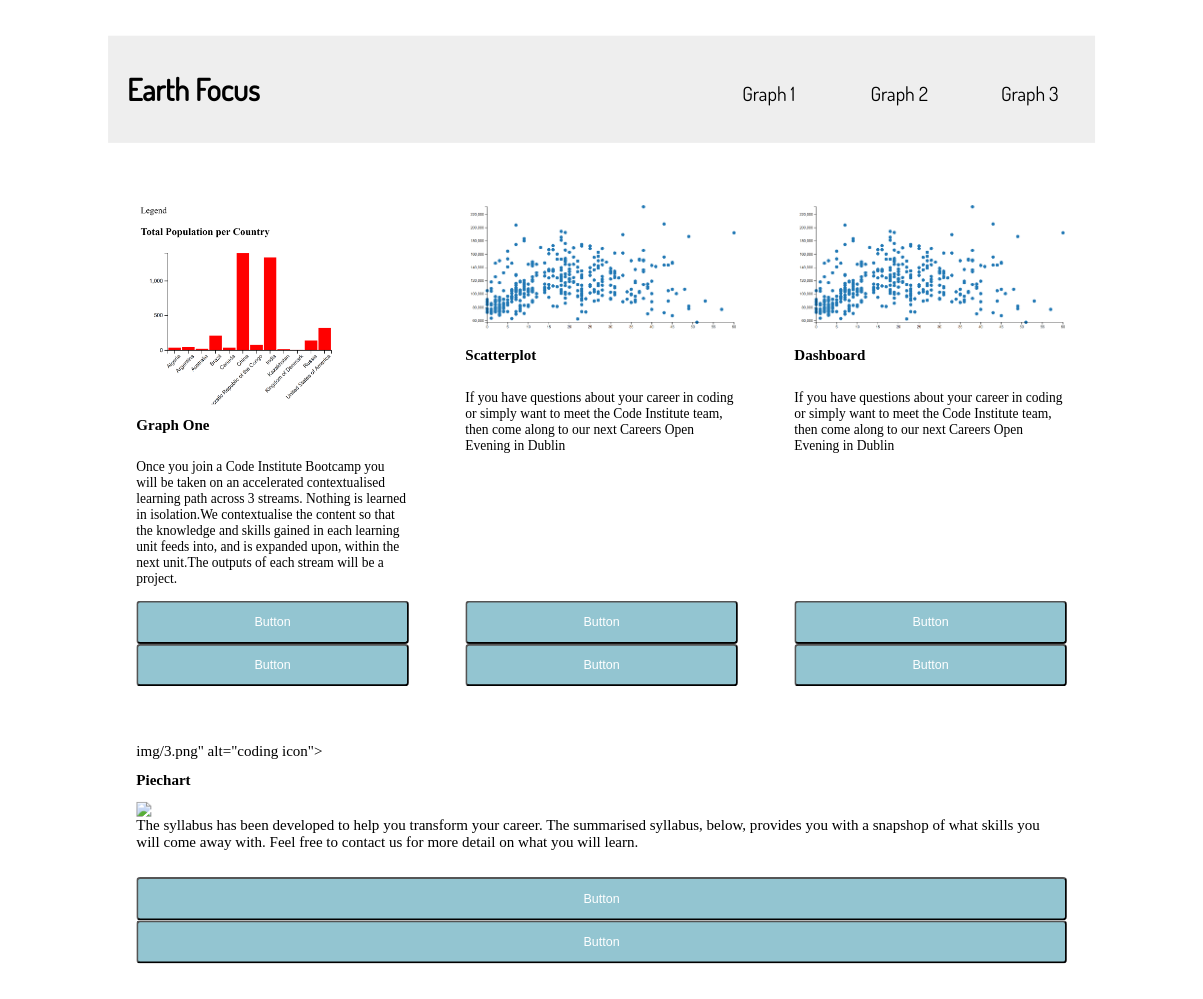
Repository: Code-Institute-Submissions/SOliv1-milestone2_NovResub
Page: index.html
The author's editor kept a record of every edit. The page is drawn from the files as they stood at one moment, then again after the next edit.
The browser window is 1280 px wide. The pictures show the whole page, at 94% of full size.
Some web libraries are served in a nearby version.

Above is the page before.

### index.html
<!DOCTYPE html>
<html lang="en">
<head>
    <meta charset="UTF-8">
    <meta http-equiv="X-UA-Compatible" content="ie=edge">
    <meta name="viewport" content="width=device-width, initial-scale=1">
    <title>Earth Focus</title>
    <link href="css/style.css" rel="stylesheet">
    <link href='https://fonts.googleapis.com/css?family=Roboto' rel='stylesheet' type='text/css'>
    <link href='https://fonts.googleapis.com/css?family=Dosis' rel='stylesheet' type='text/css'>
    </head>
<body>
    <div id="container">
        <nav>
            <ul>
                <li id="logoNav">Earth Focus</>
                <li id="graph11_btn">Graph 1</li>
                <li id="graph2_btn"> Graph 2</li>
                <li id="graph3_btn">Graph 3</li>
            </ul>
        </nav>
        <div class="card graph1">
            <img class="card_image" src="img/1.png" alt="coding icon">
            <div class="card_bottom">
                <h2 class="card_head">Graph One</h2>
                <p class="card_para">Once you join a Code Institute Bootcamp you will be taken on an accelerated contextualised learning path across 3 streams. Nothing is learned in isolation.We contextualise the content so that the knowledge and skills gained in each learning
                    unit feeds into, and is expanded upon, within the next unit.The outputs of each stream will be a project. </p>
                <button class="bottom_button">Button</>
                <button class="bottom_button" id="button_effects1">Button</button>
            </div>
        </div>
        <div class="card graph3_btn">
            <img class="card_image" src="img/2.png" alt="coding icon">
            <h2 class="card_head">Scatterplot</h2>
            <p class="card_para">If you have questions about your career in coding or simply want to meet the Code Institute team, then come along to our next Careers Open Evening in Dublin</p>
            <button class="bottom_button">Button</>
            <button id="button_effects2" class="bottom_button">Button</button>
            </div>
        <div class="card graph2">
            <img class="card_image" src="img/2.png" alt="coding icon">
            <h2 class="card_head">Dashboard</h2>
            <p class="card_para">If you have questions about your career in coding or simply want to meet the Code Institute team, then come along to our next Careers Open Evening in Dublin</p>
            <button class="bottom_button">Button</>
            <button id="button_effects3" class="bottom_button">Button</button>
        </div>
        <div class="card graph3">img/3.png" alt="coding icon">
            <h2 class="card_head">Piechart</h2>
            <img class="card_image" src="i
            <p class="card_para">The syllabus has been developed to help you transform your career. The summarised syllabus, below, provides you with a snapshop of what skills you will come away with. Feel free to contact us for more detail on what you will learn.</p>
            <button class="bottom_button">Button</>
             <button id="button_effects4" class="bottom_button">Button</button>
        </div>
    <script src="https://code.jquery.com/jquery-3.2.1.js" integrity="sha256-DZAnKJ/6XZ9si04Hgrsxu/8s717jcIzLy3oi35EouyE=" crossorigin="anonymous"></script>
    <script src="script.js"></script>
    <!-- Scripts located at the bottom of the body to insure page is fully loaded before execution -->
</body>
</html>

### css/style.css
Skip to content
Search or jump to…

Pull requests
Issues
Marketplace
Explore

@SOliv1
Code Issues 0 Pull requests 0 Projects 0 Wiki Security Pulse Community
jquery-events/style.css
 Ubuntu initial commit
871e21d on Aug 28
193 lines (133 sloc)  2.25 KB

body {
	font-family: 'Roboto', sans-serif;
	/*background-image: url(img/code-institute.jpg);
 	background-size: cover;
 	color: #ffffff;*/
 	background-color: #eee;

}

h1{
	font-size: 3em;
	text-align: center;
}

h2 {
	font-size: 1em;
	text-align: left;

}



p {
	font-size: .9rem;
}



div {
	border-radius: 4px;
}

.card_image {
	width: 100%;

}

.bottom_button {
	display: flex;
	box-sizing:border-box;
	border-radius: 4px;
	display: block;
	width: 100%;
	background-color:rgba(129, 187, 201,.85);
	text-align: center;
	padding: 1em .75em;
	text-decoration: none;
	color: #fff;

}

.card_bottom {
	display: flex;
	flex-flow:column;
}

.card_head {
	flex:0;
}



.card_para {

	flex:1 0 auto;

}

#container {
	display: flex;		/* makes container a flexbox*/
	flex-flow: row wrap; 	/* layout the boxes in rows and wrap them*/
	box-sizing:border-box;
	margin-right:auto;
	margin-left:auto;
	max-width:1050px;
}

#logo {
	width: 800px;
	margin: auto;
}



.card {

	flex:1; /* */

	display: flex;	/* make the contents controllable by flexbox*/
	flex-flow:column;	/* */
	min-width: 240px; /**/
	margin: 10px;
	padding: 20px;
	background-color: #fff;
}

.highlight_stream {
	background-color: #EB5255;
}

#my_footer {
	width:100%;
	text-align: center;
}



#copyright {
	margin-top:10px;
	margin-bottom:10px;

}

/*************************
Navigation
**************************/

nav {

	font-family: roboto;
	background-color: #eee;
	margin: 30px auto;
	width: 100%;
}

ul {

	display: flex;

	justify-content:space-between;

	flex-flow: row;

	/*flex-flow: row-reverse;*/
	/*justify-content:flex-end;*/
	/*justify-content:space-around;*/
	/*align-items:flex-start;*/
	align-items:baseline;
	border-radius: 10px;
	list-style-type: none; /*Remove Bullets*/
	padding: 0;

}

li {
	flex:1;
	height: 30px;
	/*width:10%;*/
	/*border:2px solid #000;*/
	/*background-color: #81BBC9;*/
	/*border-radius: 10px;*/
	font-family: Dosis;
	padding:20px 20px 20px 20px;
	text-align: center;
	font-size: 1.3em;
}

#logoNav {
	flex:6;
	text-align: left;
	font-size: 2em;
	font-weight: bold;
}

.underline {
    text-decoration:underline;

}



.border {

    border: solid 5px #ccc;

}

@media screen and (max-width: 700px) {
	ul {
		flex-flow: column;
		align-items:center;
    }
	li {
		font-size: 2em;
	}

}

### script.js
$(document).ready(function() {
    -$("#barchart_html").on("click", function() {
        $(".graph1").show();
        $(".graph1").show(1000);
        $("#button_effects1").click(function(){
        $('#button_effects1').hide('slow');
    });
 });

   $("#barchart2_html").on("click", function() {
        $(".graph1").removeClass('highlight_graph');
        $(".graph2").removeClass('highlight_graph');
        $(".graph3").removeClass('highlight_graph');
        $(".graph2").addClass('highlight_graph');
   });

    $("#barchart3_html").on("click", function() {
        $(".graph1").removeClass('highlight_graph');
        $(".graph2").removeClass('highlight_graph');
        $(".graph3").removeClass('highlight_graph');
        $(".graph3").addClass('highlight_graph');
    });
});

    $(document).ready(function() {
    $("#button_effects1").click(function(){
        $('#par1').toggle('1000');
    });
    $("#button_effects2").click(function(){
        $('#par2').toggle('1000');
    });
    $("#button_effects3").click(function(){
        $('#par3').toggle('1000');
    });
    $("#button_effects4").click(function(){
        $('#par4').toggle('1000');
    });
});

$(document).ready(function() {
    // Create the slideToggle effects each of the paragraphs and
    // buttons
    $("#button_effects1").click(function(){
        $('#par1').slideToggle('1000');
    });
    $("#button_effects2").click(function(){
        $('#par2').slideToggle('1000');
    });
    $("#button_effects3").click(function(){
        $('#par3').slideToggle('1000');
    });
    $("#button_effects4").click(function(){
        $('#par4').slideToggle('1000');
    });
    $("#button_effects5").click(function(){
        $('#par5').slideToggle('1000');
    });
    $("#button_effects6").click(function(){
        $('#par6').slideToggle('1000');
    });
});



// Use the fadeTo effect when the mouse hovers over a specific button
    // and fadeTo again when the mouse is no longer hovering over the button

    $("#button_effects1").mouseenter(function(){
        $('#button_effects1').fadeTo(1000, 0.5);
    });
    $("#button_effects1").mouseleave(function(){
        $('#button_effects1').fadeTo(1000, 1);
    });
    $("#button_effects2").mouseenter(function(){
        $('#button_effects2').fadeTo(1000, 0.5);
    });
    $("#button_effects2").mouseleave(function(){
        $('#button_effects2').fadeTo(1000, 1);
    });
    $("#button_effects3").mouseenter(function(){
        $('#button_effects3').fadeTo(1000, 0.5);
    });
    $("#button_effects3").mouseleave(function(){
        $('#button_effects3').fadeTo(1000, 1);
    });
    $("#button_effects4").mouseenter(function(){
        $('#button_effects4').fadeTo(1000, 0.5);
    });
    $("#button_effects4").mouseleave(function(){
        $('#button_effects4').fadeTo(1000, 1);
    });

//waits until page is loaded first

    $(document).ready(function(){
    //applies colour red to paragraphs when clicked on
    $("p").click(function(){
        $("p").addClass("highlight_text");
    });
});

//will add lightblue to h2 elements

    $("h2").hover(function(){
        $("h2").addClass( "h2_color");
    });

    /*
    this will apply larger font size to the active h2 element
    by adding the h2_font_size class but
    not the other h2 elements by removing class h2_font_size from them
    */

    $("#hr_html").hover(function(){
        $("#hr_graph").removeClass("h2_font_size");
        $("#hr_dashboard").removeClass("h2_font_size");
        $("#hr_scatterplot").removeClass("h2_font_size");
        $("#hr_piechart").removeClass("h2_font_size");
    });


    //applies colour black to body background when mouse enters over buttons


    $(".bottom_button").mouseenter(function(){
        $("body").css( "background-color", "black");
    });

    //applies colour grey to body background when mouse leaves buttons

    $(".bottom_button").mouseleave(function(){
        $("body").css( "background-color", "#eee");
    });

After the next edit:
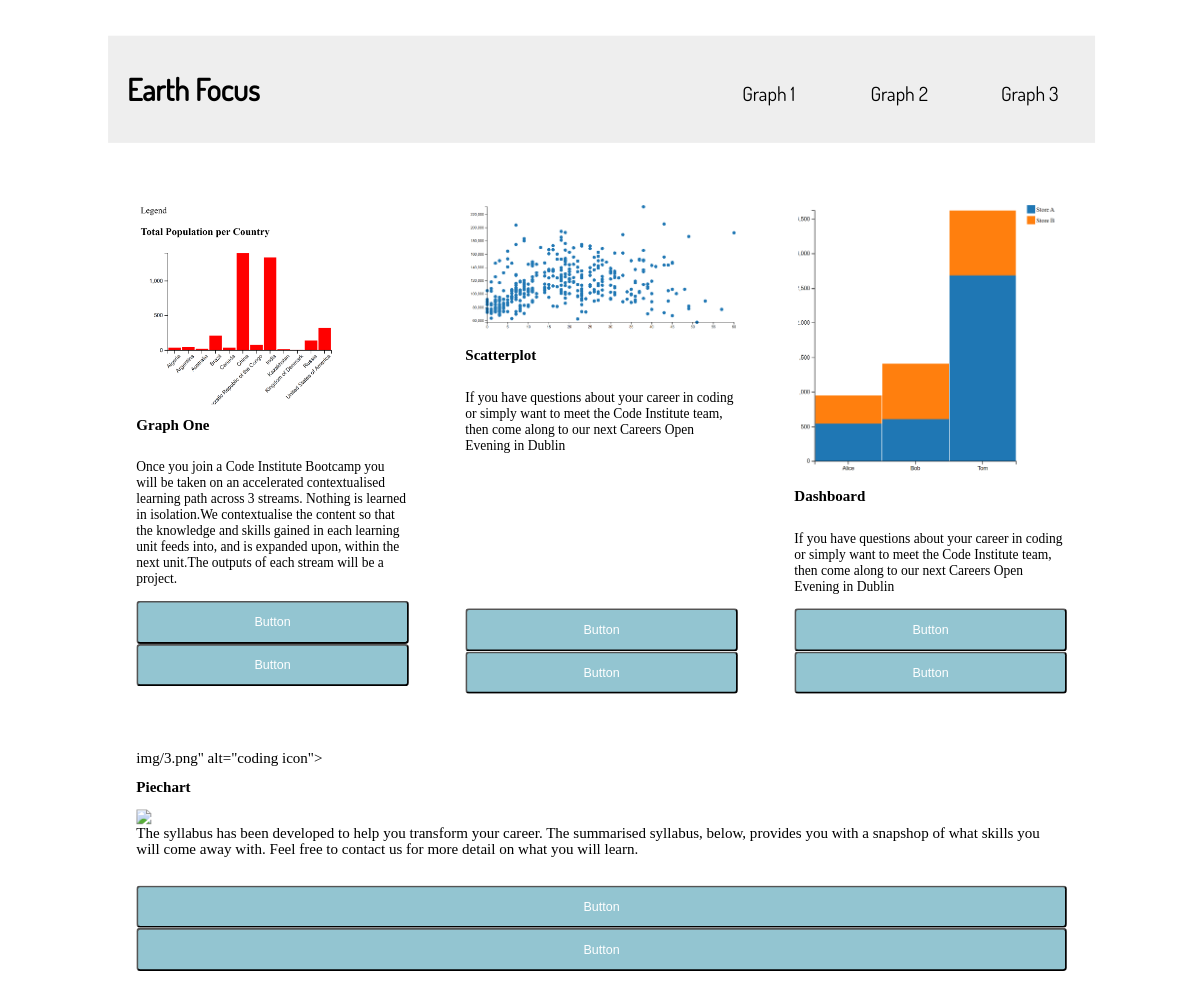
The edit:
--- a/index.html
+++ b/index.html
@@ -37,7 +37,7 @@
             <button id="button_effects2" class="bottom_button">Button</button>
             </div>
         <div class="card graph2">
-            <img class="card_image" src="img/2.png" alt="coding icon">
+            <img class="card_image" src="img/3.png" alt="coding icon">
             <h2 class="card_head">Dashboard</h2>
             <p class="card_para">If you have questions about your career in coding or simply want to meet the Code Institute team, then come along to our next Careers Open Evening in Dublin</p>
             <button class="bottom_button">Button</>
